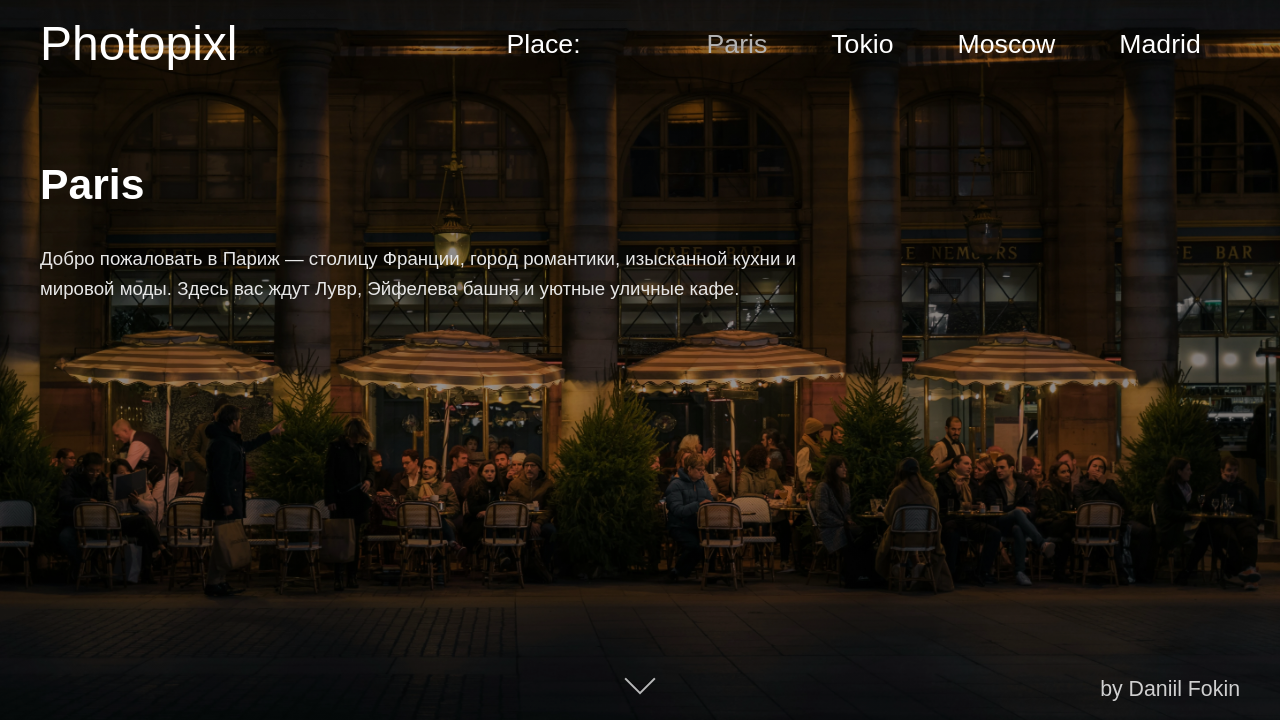
Repository: git-daniil/place-site
Page: index.html
An editor plug-in stored every save of this project. The page is shown before and after the next save, followed by the edit.
The browser window is 1280 px wide. The pictures show the whole page.
Some web fonts or font styles are not loaded; a fallback is used.

Above is the page before, as saved 2026-05-20 14:25:56.

### index.html
<!DOCTYPE html>
<html lang="ru">
<head>
    <meta charset="UTF-8">
    <meta name="viewport" content="width=device-width, initial-scale=1.0">
    <title>Photopixl — Paris</title>
    <link rel="stylesheet" href="style.css">
</head>
<body class="paris-page">

    <div class="progress-bar-container">
        <div class="progress-bar"></div>
        <div class="preloader-center-text">
            <div class="preloader-logo">Photopixl</div>
            <div class="preloader-author">by Daniil Fokin</div>
        </div>
    </div>

    <div class="author-label">by Daniil Fokin</div>

    <div class="page-wrapper">
        <nav class="navbar">
            <a href="index.html" class="logo">Photopixl</a>
            <div class="place-label">Place:</div>
            <div class="nav-links">
                <a href="index.html" class="city-link active">Paris</a>
                <a href="tokio.html" class="city-link">Tokio</a>
                <a href="moscow.html" class="city-link">Moscow</a>
                <a href="madrid.html" class="city-link">Madrid</a>
            </div>
        </nav>

        <section class="paris-bg-1 scroll-section">
            <main class="content-section anim-text">
                <h1>Paris</h1>
                <p>Добро пожаловать в Париж — столицу Франции, город романтики, изысканной кухни и мировой моды. Здесь вас ждут Лувр, Эйфелева башня и уютные уличные кафе.</p>
            </main>
            <div class="scroll-hint">
                <div class="arrow"></div>
            </div>
        </section>

        <section class="paris-bg-2 scroll-section">
            <main class="content-section anim-text">
                <h1>Атмосфера старого города</h1>
                <p>Прогуляйтесь по Монмартру, загляните в аутентичные дворики и пройдитесь по тихим мощеным улочкам, где до сих пор витает дух старого Парижа и пахнет свежими круассанами.</p>
            </main>
        </section>

        <section class="paris-bg-3 scroll-section">
            <main class="content-section anim-text">
                <h1>Вечерние огни Сены</h1>
                <p>Когда на город опускаются сумерки, тысячи огней отражаются в воде. Прогулка на речном трамвайчике откроет для вас совершенно другой, магический Париж.</p>
            </main>
        </section>

        <section class="paris-bg-4 scroll-section">
            <main class="content-section anim-text">
                <h1>Сокровища Лувра</h1>
                <p>Один из крупнейших и величайших музеев мира хранит в себе шедевры искусства разных эпох. Проведите день среди великой истории, архитектуры и бессмертных творений.</p>
            </main>
        </section>

        <section class="paris-bg-5 scroll-section">
            <main class="content-section anim-text">
                <h1>Триумфальная арка</h1>
                <p>Величественный монумент на площади Шарля де Голля, ставший символом побед и национальной гордости Франции. Отсюда откроется один из лучших видов на Елисейские поля.</p>
            </main>
        </section>

        <section class="paris-bg-6 scroll-section">
            <main class="content-section anim-text">
                <h1>Эйфелева башня</h1>
                <p>Главный и самый узнаваемый символ не только Парижа, но и всей Франции. Её изящный силуэт восхищает в любое время суток, а вечерняя иллюминация создает ощущение настоящей сказки.</p>
            </main>
        </section>

        <section class="paris-bg-7 scroll-section">
            <main class="content-section anim-text">
                <h1>Парижский туман</h1>
                <p>Загадочные окутанные дымкой улочки раскрывают меланхоличную и кинематографичную сторону города. В такие моменты Париж кажется особенно уединенным и поэтичным.</p>
            </main>
        </section>

        <section class="paris-bg-8 scroll-section thanks-section">
            <div class="thanks-text anim-text">
                À bientôt, Paris
            </div>
        </section>
    </div>

    <script {nonce}>
        window.addEventListener('DOMContentLoaded', function() {
            setTimeout(() => {
                document.querySelector('.preloader-logo').classList.add('show');
            }, 300);

            setTimeout(() => {
                document.querySelector('.preloader-author').classList.add('show');
            }, 900);
        });

        window.addEventListener('load', function() {
            const progressBar = document.querySelector('.progress-bar');
            const pageWrapper = document.querySelector('.page-wrapper');
            const progressContainer = document.querySelector('.progress-bar-container');

            progressBar.style.width = '100%';

            setTimeout(() => {
                progressContainer.style.opacity = '0';
                pageWrapper.classList.add('loaded');

                setTimeout(() => {
                    progressContainer.style.display = 'none';
                }, 600);
            }, 2200);
        });

        let currentSection = 0;
        const sections = document.querySelectorAll('.scroll-section');
        let isScrolling = false;

        window.addEventListener('wheel', function(e) {
            if (!document.body.classList.contains('paris-page')) return;
            if (!document.querySelector('.page-wrapper').classList.contains('loaded')) {
                e.preventDefault();
                return;
            }

            e.preventDefault();

            if (isScrolling) return;
            if (Math.abs(e.deltaY) < 60) return;

            isScrolling = true;

            if (e.deltaY > 0) {
                if (currentSection < sections.length - 1) currentSection++;
            } else {
                if (currentSection > 0) currentSection--;
            }

            sections[currentSection].scrollIntoView({ behavior: 'smooth' });

            const scrollHint = document.querySelector('.scroll-hint');
            if (scrollHint && currentSection > 0) {
                scrollHint.classList.add('hide');
            } else if (scrollHint && currentSection === 0) {
                scrollHint.classList.remove('hide');
            }

            setTimeout(() => {
                isScrolling = false;
            }, 1000);
        }, { passive: false });

        const observer = new IntersectionObserver((entries) => {
            entries.forEach(entry => {
                if (entry.isIntersecting) {
                    entry.target.classList.add('visible');
                } else {
                    entry.target.classList.remove('visible');
                }
            });
        }, { threshold: 0.3 });

        document.querySelectorAll('.anim-text').forEach(text => {
            observer.observe(text);
        });
    </script>

</body>
</html>

### style.css
@font-face {
    font-family: 'Gilroy-Regular';
    src: local('Gilroy-Regular'), url('fonts/Gilroy-Regular.woff2') format('woff2');
    font-weight: normal;
    font-style: normal;
}
@font-face {
    font-family: 'Seenonim';
    src: local('Seenonim'), url('fonts/Seenonim.woff2') format('woff2');
    font-weight: normal;
    font-style: normal;
}

body {
    margin: 0;
    padding: 0;
    background-color: #ffffff;
    font-family: Arial, sans-serif;
}

body.paris-page {
    height: 100vh;
    overflow: hidden;
    background-color: #111111;
}

.progress-bar-container {
    position: fixed;
    top: 0;
    left: 0;
    width: 100%;
    height: 100vh;
    background-color: #111111;
    z-index: 100;
    transition: opacity 0.6s ease-in-out;
    display: flex;
    flex-direction: column;
    justify-content: center;
    align-items: center;
}

.progress-bar {
    position: absolute;
    top: 0;
    left: 0;
    width: 0%;
    height: 3px;
    background-color: #ffffff;
    transition: width 2s cubic-bezier(0.22, 1, 0.36, 1);
}

.preloader-center-text {
    text-align: center;
    color: #ffffff;
}

.preloader-logo {
    font-family: 'Gilroy-Regular', sans-serif;
    font-size: 48pt;
    margin-bottom: 15px;
    line-height: 1;
    opacity: 0;
    transform: translateY(15px);
    transition: opacity 1s ease, transform 1s ease;
}

.preloader-logo.show {
    opacity: 1;
    transform: translateY(0);
}

.preloader-author {
    font-family: 'Seenonim', sans-serif;
    font-size: 18pt;
    line-height: 1;
    opacity: 0;
    transform: translateY(10px);
    transition: opacity 1s ease, transform 1s ease;
}

.preloader-author.show {
    opacity: 0.8;
    transform: translateY(0);
}

.page-wrapper {
    height: auto;
}

body.paris-page .page-wrapper {
    opacity: 0;
    transition: opacity 1.2s ease-in-out;
    height: 100vh;
    overflow: hidden;
}

body.paris-page .page-wrapper.loaded {
    opacity: 1;
}

.navbar {
    display: flex;
    align-items: center;
    background: none;
    padding: 20px 40px;
}

body.paris-page .navbar {
    position: fixed;
    top: 0;
    left: 0;
    right: 0;
    z-index: 10;
}

.logo {
    font-family: 'Gilroy-Regular', sans-serif;
    font-size: 36pt;
    color: #000000;
    line-height: 1;
    text-decoration: none;
}

body.paris-page .logo {
    color: #ffffff;
}

.place-label {
    font-family: 'Seenonim', sans-serif;
    font-size: 20pt;
    color: #000000;
    margin-left: 269px;
    line-height: 1;
}

body.paris-page .place-label {
    color: #ffffff;
}

.nav-links {
    display: flex;
    margin-left: 126px;
}

.city-link {
    font-family: 'Seenonim', sans-serif;
    font-size: 20pt;
    color: #000000;
    text-decoration: none;
    line-height: 1;
}

body.paris-page .city-link {
    color: #ffffff;
}

.city-link.active {
    color: #8c8c8c;
}

body.paris-page .city-link.active {
    color: #b3b3b3;
}

.city-link:not(:last-child) {
    margin-right: 64px;
}

.author-label {
    font-family: 'Seenonim', sans-serif;
    font-size: 16pt;
    color: #000000;
    line-height: 1;
}

body.paris-page .author-label {
    position: fixed;
    bottom: 20px;
    right: 40px;
    color: #ffffff;
    opacity: 0.8;
    z-index: 10;
}

body.paris-page .page-wrapper:not(.loaded) ~ .author-label {
    opacity: 0;
}

.content-section {
    padding: 60px 40px;
}

.content-section h1 {
    font-size: 32pt;
    margin-top: 0;
    font-family: 'Gilroy-Regular', sans-serif;
    color: #000000;
}

body.paris-page .content-section h1 {
    color: #ffffff;
}

.content-section p {
    font-size: 14pt;
    color: #333333;
    line-height: 1.6;
    max-width: 800px;
}

body.paris-page .content-section p {
    color: #e6e6e6;
}

.scroll-section {
    position: relative;
    background-size: cover;
    background-position: center;
    background-repeat: no-repeat;
    background-attachment: fixed;
    height: 100vh;
    padding-top: 100px;
    box-sizing: border-box;
}

.paris-bg-1 {
    background-image: linear-gradient(rgba(0, 0, 0, 0.4), rgba(0, 0, 0, 0.4)), url('assets/photo/paris/paris-bg.webp');
}

.paris-bg-2 {
    background-image: linear-gradient(rgba(0, 0, 0, 0.4), rgba(0, 0, 0, 0.4)), url('assets/photo/paris/paris1.webp');
}

.paris-bg-3 {
    background-image: linear-gradient(rgba(0, 0, 0, 0.4), rgba(0, 0, 0, 0.4)), url('assets/photo/paris/paris2.webp');
}

.paris-bg-4 {
    background-image: linear-gradient(rgba(0, 0, 0, 0.4), rgba(0, 0, 0, 0.4)), url('assets/photo/paris/paris3.webp');
}

.paris-bg-5 {
    background-image: linear-gradient(rgba(0, 0, 0, 0.4), rgba(0, 0, 0, 0.4)), url('assets/photo/paris/paris4.webp');
}

.paris-bg-6 {
    background-image: linear-gradient(rgba(0, 0, 0, 0.4), rgba(0, 0, 0, 0.4)), url('assets/photo/paris/paris5.webp');
}

.paris-bg-7 {
    background-image: linear-gradient(rgba(0, 0, 0, 0.4), rgba(0, 0, 0, 0.4)), url('assets/photo/paris/paris6.webp');
}

.paris-bg-8 {
    background-image: linear-gradient(rgba(0, 0, 0, 0.5), rgba(0, 0, 0, 0.5)), url('assets/photo/paris/paris7.webp');
}

.thanks-section {
    display: flex;
    justify-content: center;
    align-items: center;
    padding-top: 0;
}

.thanks-text {
    font-family: 'Gilroy-Regular', sans-serif;
    font-size: 48pt;
    color: #ffffff;
    text-align: center;
}

.scroll-hint {
    position: absolute;
    bottom: 30px;
    left: 50%;
    transform: translateX(-50%);
    display: flex;
    justify-content: center;
    align-items: center;
    transition: opacity 0.5s ease;
    pointer-events: none;
}

.scroll-hint.hide {
    opacity: 0;
}

.arrow {
    width: 20px;
    height: 20px;
    border-right: 2px solid rgba(255, 255, 255, 0.7);
    border-bottom: 2px solid rgba(255, 255, 255, 0.7);
    transform: rotate(45deg);
    animation: bounceArrow 2s infinite;
}

@keyframes bounceArrow {
    0%, 20%, 50%, 80%, 100% {
        transform: translateY(0) rotate(45deg);
    }
    40% {
        transform: translateY(-10px) rotate(45deg);
    }
    60% {
        transform: translateY(-5px) rotate(45deg);
    }
}

.anim-text {
    opacity: 0;
    transform: translateY(40px);
    transition: opacity 1s ease, transform 1s ease;
    transition-delay: 0.4s;
}

.anim-text.visible {
    opacity: 1;
    transform: translateY(0);
}

::selection {
    background-color: rgba(28, 28, 28, 1);
    color: #ffffff;
}

After the next save:
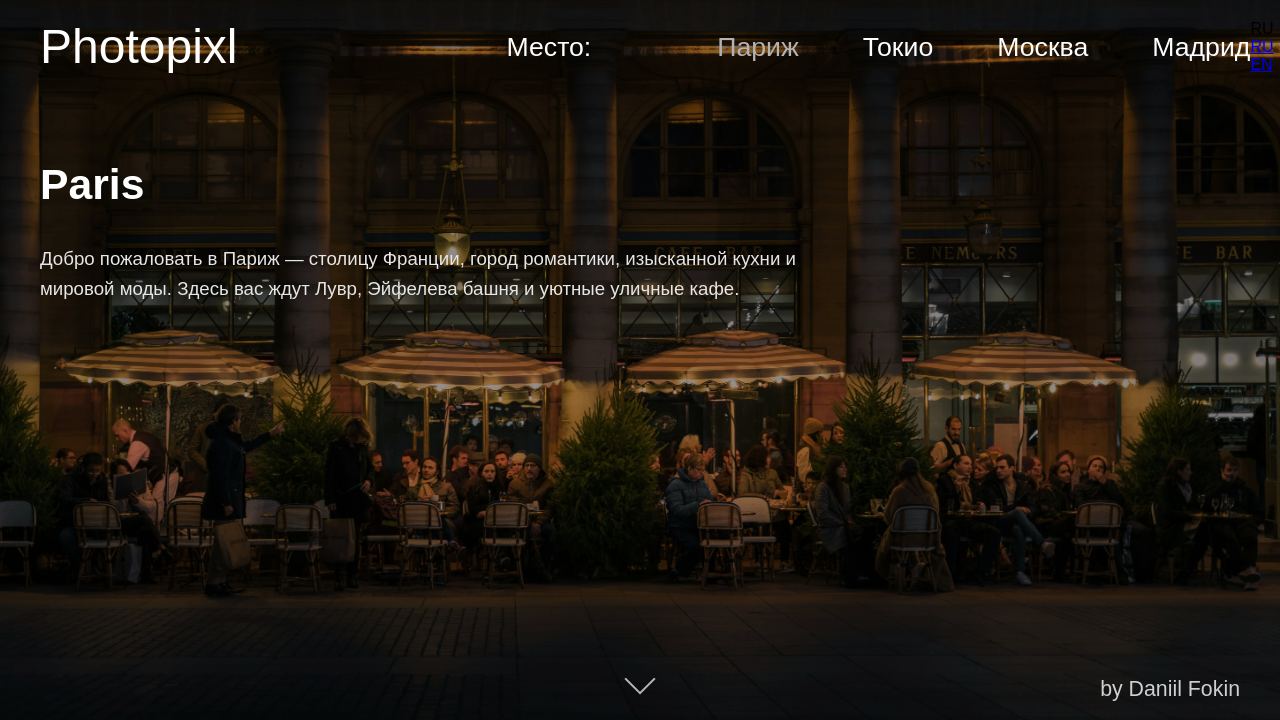
Saved 3 min 41 s later.
--- a/index.html
+++ b/index.html
@@ -3,7 +3,7 @@
 <head>
     <meta charset="UTF-8">
     <meta name="viewport" content="width=device-width, initial-scale=1.0">
-    <title>Photopixl — Paris</title>
+    <title>Photopixl — Париж</title>
     <link rel="stylesheet" href="style.css">
 </head>
 <body class="paris-page">
@@ -21,12 +21,20 @@
     <div class="page-wrapper">
         <nav class="navbar">
             <a href="index.html" class="logo">Photopixl</a>
-            <div class="place-label">Place:</div>
+            <div class="place-label">Место:</div>
             <div class="nav-links">
-                <a href="index.html" class="city-link active">Paris</a>
-                <a href="tokio.html" class="city-link">Tokio</a>
-                <a href="moscow.html" class="city-link">Moscow</a>
-                <a href="madrid.html" class="city-link">Madrid</a>
+                <a href="index.html" class="city-link active">Париж</a>
+                <a href="tokio.html" class="city-link">Токио</a>
+                <a href="moscow.html" class="city-link">Москва</a>
+                <a href="madrid.html" class="city-link">Мадрид</a>
+            </div>
+
+            <div class="lang-selector">
+                <div class="lang-current">RU</div>
+                <div class="lang-dropdown">
+                    <a href="#" class="lang-option active">RU</a>
+                    <a href="#" class="lang-option">EN</a>
+                </div>
             </div>
         </nav>
 
@@ -117,6 +125,17 @@
             }, 2200);
         });
 
+        const langSelector = document.querySelector('.lang-selector');
+        if (langSelector) {
+            langSelector.addEventListener('click', function(e) {
+                e.stopPropagation();
+                this.classList.toggle('open');
+            });
+        }
+        document.addEventListener('click', function() {
+            if (langSelector) langSelector.classList.remove('open');
+        });
+
         let currentSection = 0;
         const sections = document.querySelectorAll('.scroll-section');
         let isScrolling = false;
